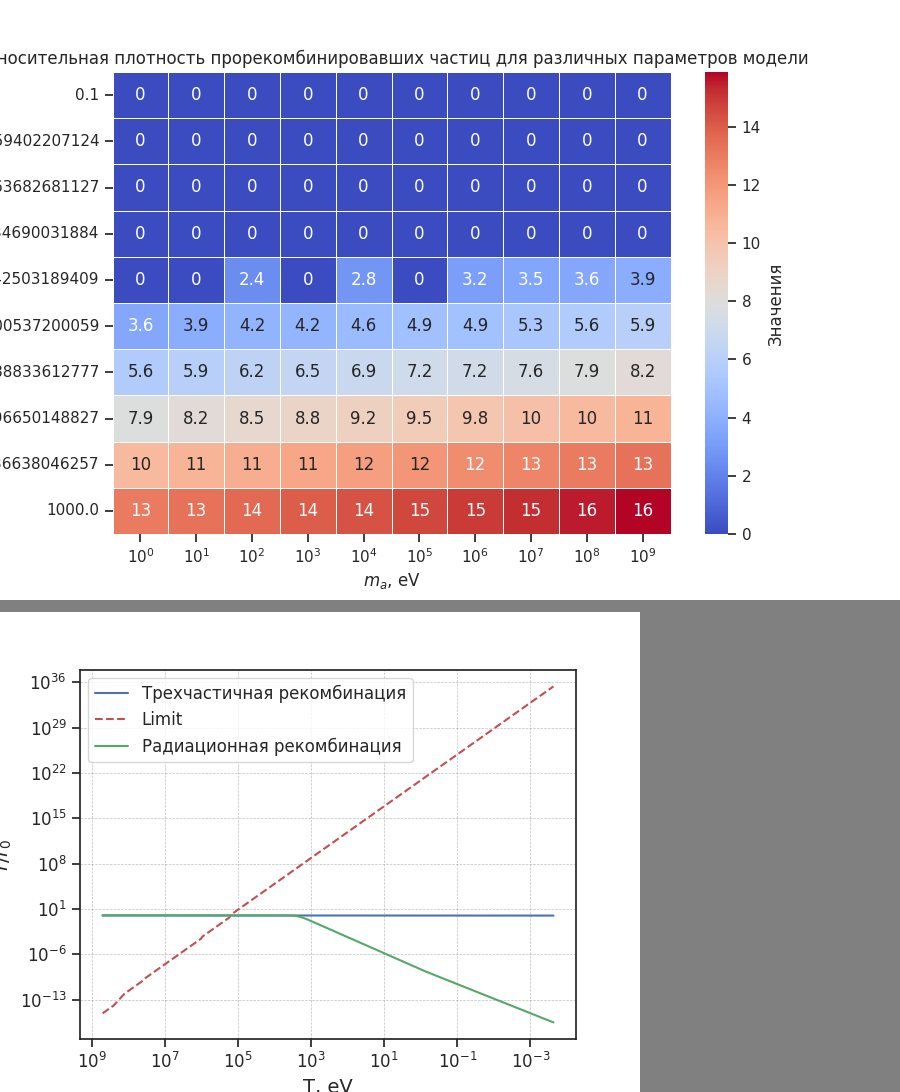
Repository: impermast/recombination
Script's output: python raschet/rec.py
An editor plug-in stored every save of this project. The script's output is shown before and after the next save, followed by the edit.
Each picture stacks the figures in order, with grey between them; figures that are only written to a file come last. Random numbers start from a fixed seed.

Above is the script's output before, as saved 2023-05-13 21:37:10.

### raschet/rec.py

from math import gamma as Gamma
import numpy as np
from numpy import sqrt as sqrt
import matplotlib.pyplot as plt
from matplotlib import colors,ticker
from scipy import integrate
import seaborn as sns
import pandas as pd


#LOGIC -- 1 download data, else generate new
logic = 1
err=10**(-2)
#consts
#E ~ eV
ma = 100*10**9 #ev
mb = 1*10**12 #ev
alpha = 1/10 #none

beta = 14/5
sigma = 8*np.pi*(alpha/ma)**2/3
r0 = 4.7*10**(-13) #r T_rec
T0 = 2.35*10**(-4) #our time
m_pl = 1.22*10**(19+9) #plank mass ev
h_md = 3.08*10**(-14)  #from artile
t_rm = 1.2             #time of rd md transition
t_mod = 4.4*10**(17+16)/(6.582) #
I = ma*alpha*alpha/2 #ev Ionisation potential
mu = ma*mb/(ma+mb)  #reduced weight
s0 = (4*np.pi)**(2/5) *np.pi* (alpha/mu)**2 #coef in kramers
kappa = 43/345
B = alpha*mu/2
Ta = 0.2*10**6*(ma/(100*10**9))**(3/2)*(1/(100*alpha))
Tny = Ta*kappa**(-1/3)/sqrt(np.pi)

def g_s(T):
    return 2+2*8*(T>200*10**6)+ 7/8*(2*2*(T>0.5/3*10**6))+ 2*2*(T>100/3*10**6) + 2*2*(T>2/3*10**9) + 2*1*3*(T>=10**6)+2*1*3*4/11*(T<10**6)+ 2*2*3*2*(T>200*10**6) + 2*2*3*(T>200*10**6) + 2*2*3*(T>1.8/3*10**9) + 2*2*3*(T>4.5/3*10**9)+ 7/8*2*2*3*(T>171/3*10**9)
def g_e(T):
    return 2+2*8*(T>200*10**6)+ 7/8*(2*2*(T>0.5/3*10**6))+ 2*2*(T>100/3*10**6) + 2*2*(T>2/3*10**9) + 2*1*3*(T>=10**6)+ 2*1*3*(4/11)**(4/3)*(T<10**6)+ 2*2*3*2*(T>200*10**6) + 2*2*3*(T>200*10**6) + 2*2*3*(T>1.8/3*10**9) + 2*2*3*(T>4.5/3*10**9)+ 7/8*2*2*3*(T>171/3*10**9)


def H(t):
    # Hubble const on RD and MD from temperature
    if t < t_rm:
        #MD
        return h_md/m_pl**(1/2)
    else:
        return 5.5*np.sqrt(g_e(t_rm)/11)/m_pl


def lim_3b(x):
    """
    Function that calculs limit on 3body recombination density

    x(list):    Temperature of O-fotons

    return list of density of unrecombined particles
    """
    r_pit = (Ta**2/(x**4)) / ((4*np.pi*alpha)**3 *r0*(2*np.pi**2*g_s(x)/45)*sqrt(ma/mb))
    return r_pit

def graph(T,r1,r2,rlim):
    # graphplotter used to plot r(T) graphs
    fig, ax = plt.subplots(1,1)
    ax.plot(T,r1,'b',label ="Трехчастичная рекомбинация")
    ax.plot(T,rlim, "--r",label ="Limit")
    ax.plot(T,r2,'g', label ="Радиационная рекомбинация")
    ax.set_xlabel('T, eV', fontsize=14)
    ax.set_ylabel(r'$r/r_0$', fontsize=14, fontweight='bold')
    ax.tick_params(labelsize=12)
    ax.grid(color='gray', linestyle='--', linewidth=0.5, alpha=0.5)
    ax.legend(fontsize=12)
    ax.invert_xaxis()
    plt.semilogx()
    plt.semilogy()
    plt.show()

def heatplot(df):
    # heatplot of maximal denity for different model parameters
    sns.set_theme(style="dark")
    sns.set_style("ticks")
    fig, ax = plt.subplots(figsize=(9, 6))
    sns.heatmap(df, annot=True, linewidths=.5, ax=ax, cmap='coolwarm', cbar_kws={'label': 'Значения'})
    ax.set(xlabel=r'$m_a$, eV', ylabel=r'$\alpha_y$', title='Относительная плотность прорекомбинировавших частиц для различных параметров модели')
    ax.xaxis.set_major_formatter(ticker.FuncFormatter(lambda x, pos: f'$10^{{{(x-0.5):.0f}}}$'))
    plt.xticks(rotation=0)
    # Add contour lines
    # x = np.arange(df.shape[1])
    # y = np.arange(df.shape[0])
    # X, Y = np.meshgrid(x, y)
    # levels = np.linspace(df.values.min(), df.values.max(), 10)
    # CS = ax.contour(X + 0.5, Y + 0.5, df.values, levels, colors='k')
    # ax.clabel(CS, inline=True, fontsize=10, fmt='%1.1f')
    # plt.show()

def kriteria(alp_range,m_range):
    """
    Creation of dataframe of maximal density of recombined particles from different alpha and ma (model parameters)

    dens(list):  2D massive of density data
    alp_range(list):    1D list of parameters alpha
    m_range(list):      1D list of electron mass parameter
    krit(list):         1D list of density, that used to find point where limit and 3body recombination density are equal

    create csv file of dataframe
    """
    dens = [0]*len(alp_range)
    dens1 = []
    k=0
    for alpha in alp_range:
        for ma in m_range:
            [T,rk,r3,rc,rlim] = calc(alpha,ma,mb)
            krit=[i for i, j in zip(r3, rlim) if abs(i-j)<err and i<0.1]
            try: dens1.append(float(-np.log(krit[-1])))
            except IndexError: dens1.append(0)
        dens[k]=dens1
        dens1=[]
        print("At ",k+1,"  itteration")
        k+=1
    df = pd.DataFrame(dens, index=alp_range,columns=m_range)
    df.to_csv('data.csv')

def calc(alpha,ma,mb):
    """
    Calculates the temperature-dependent rates for various processes.

    Args:
        I (float): Initial temperature of photons.
        T0 (float): Present-day temperature of photons.
        kappa (float): Ratio of photon number density to baryon number density.
        lim_3b (function): Function that calculates the three-body rate limit.
        t_rm (float): Time of radiation-matter equality.
        alpha (float): Fine-structure constant.
        ma (float): Mass of electron.
        mb (float): Mass of baryon.
        beta (float): Power law index.
        g_s (function): Function that calculates the entropy degrees of freedom.
        s0 (float): Present-day entropy density.
        m_pl (float): Planck mass.
        mu (float): Ratio of proton mass to electron mass.

    Returns:
        list: A list containing the temperature-dependent rates for various processes.
    """
    T = [] # Temperature of photons
    z = [] #redshift
    rk = [] # r for kramerz

    #after decouple of dphoton
    i = 0
    T = [(I)]
    z = [T[i]/T0 -1]
    rk = [1] #initial r=1 Kramers case
    r3b = [1] #3body case
    rcl = [1] #classical
    rlim =[lim_3b(T[i])] #pitevski lim

    #until O-photons decouple
    while T[i]>(I/10)*kappa**(-1/3):
        i = i+1
        T = T + [T[i-1]/2]
        rk = rk + [1]
        r3b = r3b+[1]
        rcl = rcl+[1]
        rlim = rlim + [lim_3b(T[i])]
        z.append(T[i]/T0 -1)

    # until RD MD transition
    j = i
    while T[i]>t_rm:
        i=i+1
        T = T + [T[i-1]*0.9]
        z.append(T[i]/T0 -1)
        rk = rk + [(1+4.71*10**8*r0*((np.log(np.sqrt(I*Ta/T[i])))**2-(np.log(np.sqrt(I*Ta/T[j])))**2))**(-1)]
        D = (2*np.pi**2*g_s(T[i])/45)**2 * (4*np.pi*alpha)**5 * (2*np.sqrt(ma)*Ta**(9/2)/mb) / H(T[i])
        r3b = r3b + [(1+ D*2/5*r0*r0*(T[i]**(-5)-I**(-5)))**(-1/2)]

        Dcl = Gamma(2-beta/2)*g_s(T[i])*s0*m_pl*(mu*Ta)**((beta-1)/2)/ ((beta-2)*2**((beta-3)/2)*np.sqrt(45*g_s(T[j])))
        rcl = rcl + [(1+Dcl*r0*(T[i]**(2-beta)-T[j]**(2-beta)))**(-1)]
        rlim = rlim + [lim_3b(T[i])]

    #until now
    j=i
    rk_rm=rk[j]
    r3b_rm = r3b[j]
    while T[i]>T0:
        i=i+1
        T = T + [T[i-1]*0.99]
        z.append(T[i]/T0 -1)
        rk = rk + [rk_rm*(1+1.7*10**9*rk_rm*r0*(T[j]**0.5*(np.log(np.sqrt(I*Ta/T[j]))+2)-T[i]**0.5*(np.log(np.sqrt(I*Ta/T[i]))+2)))**(-1)]
        D = (2*np.pi**2*g_s(T[i])/45)**2 * (4*np.pi*alpha)**5 * (2*np.sqrt(ma)*Ta**(9/2)/mb) / H(T[i])
        r3b = r3b +[r3b_rm*(1+D*r3b_rm*r3b_rm*r0*r0* 4/9 * (T[i]**(-9/2)-T[j]**(-9/2)))**(-1/2)]
        Dcl = Gamma(2-beta/2)*g_s(T[i])*s0*m_pl*(mu*Ta)**((beta-1)/2)/ ((beta-2.5)*2**((beta-3)/2)*np.sqrt(45*g_s(T[j])))/np.sqrt(t_rm)
        rcl = rcl + [rcl[j]*(1+Dcl*rcl[j]*r0*(T[i]**(2.5-beta)-T[j]**(2.5-beta)))**(-1)]
        rlim = rlim + [lim_3b(T[i])]

    return [T,rk,r3b,rcl,rlim]

def main():
    alp_range = np.logspace(-1,3,10)
    m_range = np.logspace(16,21,10)
    if logic == 1:
        try:
            df = pd.read_csv('data.csv')
        except FileNotFoundError:
            print(u'Saved data not found')
            df = kriteria(alp_range,m_range)
    else:
        kriteria(alp_range,m_range)
    df = pd.read_csv('data.csv', index_col=0)
    heatplot(df)
    print(df)

    [T,rk,r3,rcl,rlim] = calc(alpha,ma,mb)
    graph(T,rk,r3,rlim)
main()

After the next save:
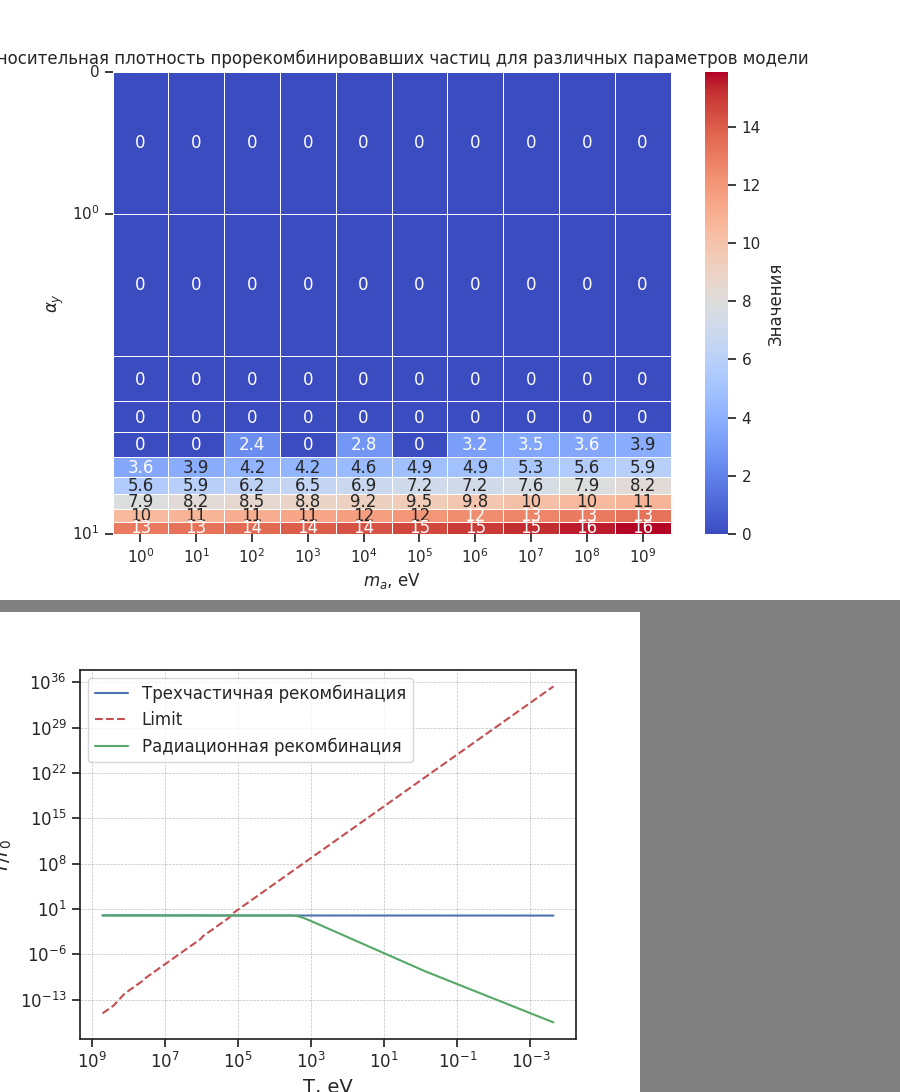
Saved 4 min 19 s later.
--- a/raschet/rec.py
+++ b/raschet/rec.py
@@ -85,6 +85,8 @@ def heatplot(df):
     ax.set(xlabel=r'$m_a$, eV', ylabel=r'$\alpha_y$', title='Относительная плотность прорекомбинировавших частиц для различных параметров модели')
     ax.xaxis.set_major_formatter(ticker.FuncFormatter(lambda x, pos: f'$10^{{{(x-0.5):.0f}}}$'))
     plt.xticks(rotation=0)
+    plt.yscale('symlog')
+
     # Add contour lines
     # x = np.arange(df.shape[1])
     # y = np.arange(df.shape[0])
